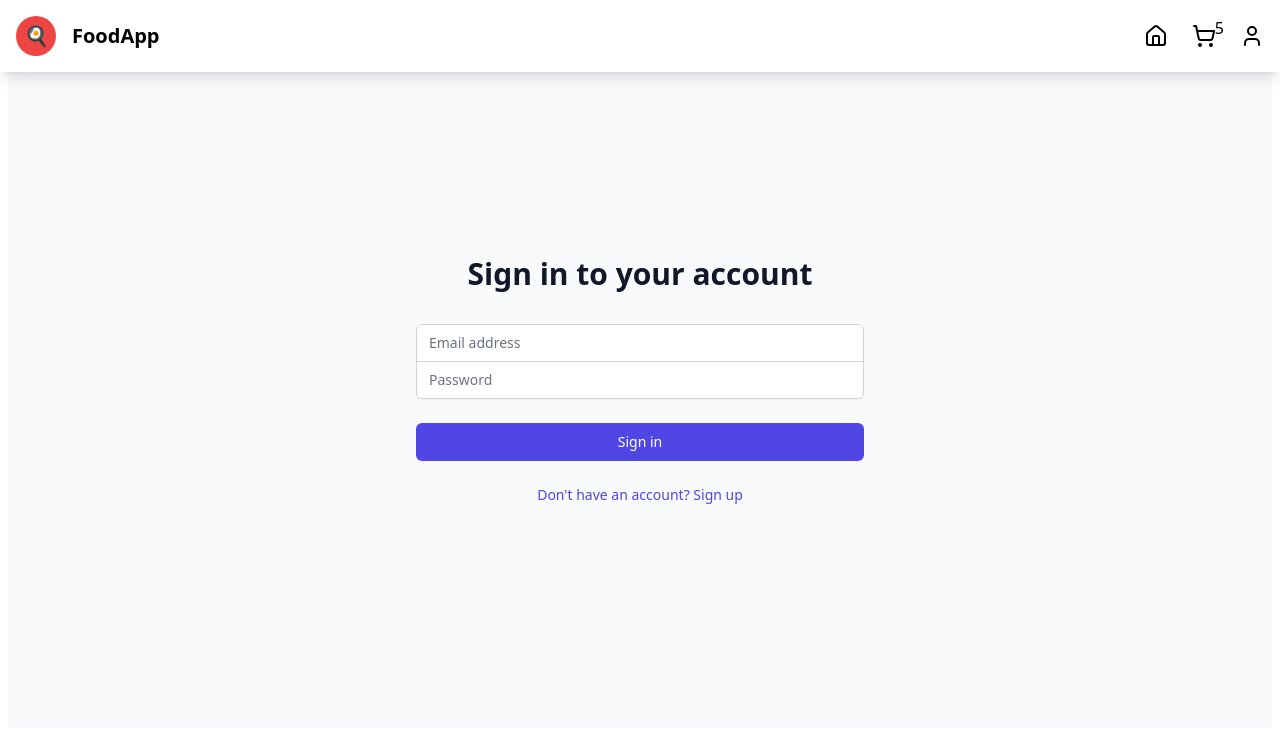
Repository: Deniihsilvaa/pastelariadoceesal
Page: /auth
An editor plug-in stored every save of this project. The page is shown before and after a run of saves, followed by the edit.
The browser window is 1280 px wide. The pictures show the whole page.
The page's requests for data from a server got no answer. The project was rebuilt for these pictures with package versions that can differ from the ones it lists, and the page was loaded fresh each time. No one was signed in, and anything a server would have sent is missing. Also part of the build but not shown: vite.config.ts, src/components/home/CategoryCard.tsx, src/pages/HomePage.tsx, src/lib/supabaseClient.ts, src/components/restaurant/MenuItem.tsx, src/components/restaurant/MenuList.tsx, src/components/restaurant/RestaurantHeader.tsx, src/pages/RestaurantPage.tsx and 1 more.

Above is the page before, as saved 2024-12-31 18:08:51.

After the next 4 saves:
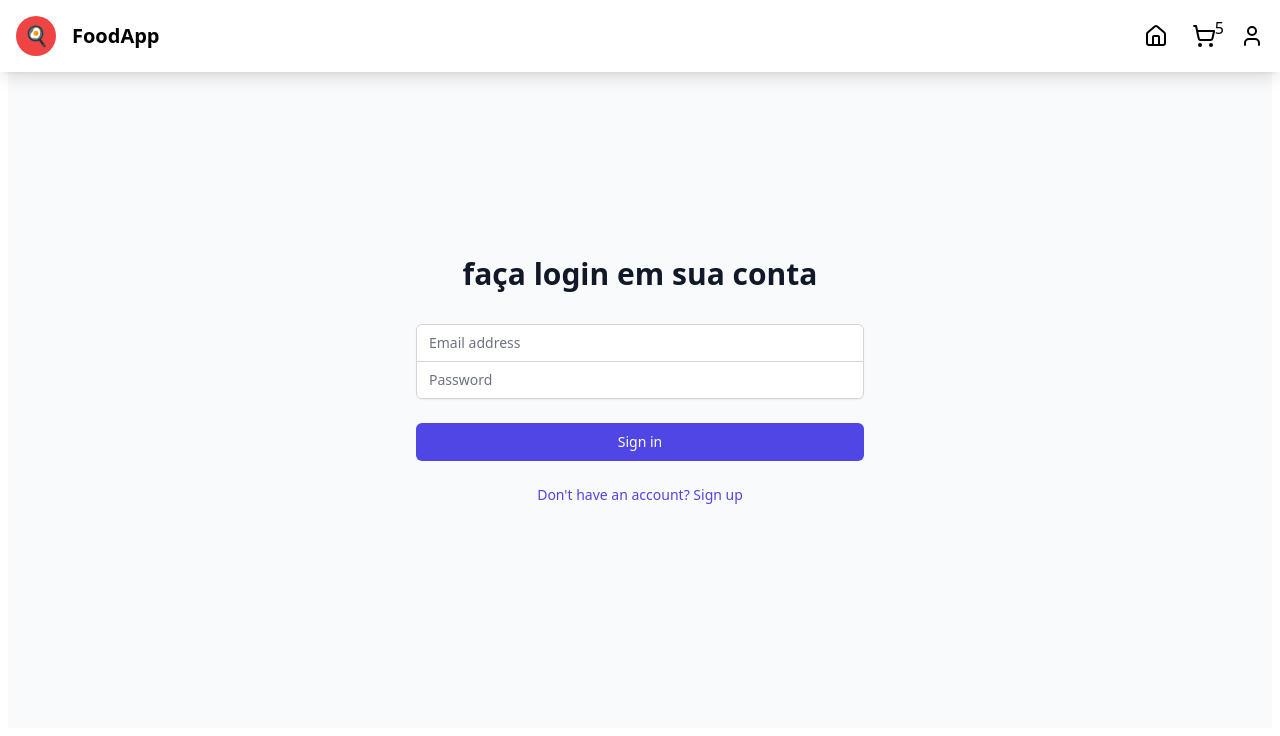
The 4 saves are shown as one change because they came seconds apart.
The last was saved 76 s later.
--- a/src/components/AuthForm.tsx
+++ b/src/components/AuthForm.tsx
@@ -28,7 +28,7 @@ export function AuthForm() {
       <div className="w-full max-w-md space-y-8">
         <div>
           <h2 className="mt-6 text-3xl font-extrabold text-center text-gray-900">
-            {isLogin ? 'Sign in to your account' : 'Create your account'}
+            {isLogin ? 'faça login em sua conta' : 'Create your account'}
           </h2>
         </div>
         <form className="mt-8 space-y-6" onSubmit={handleSubmit}>
